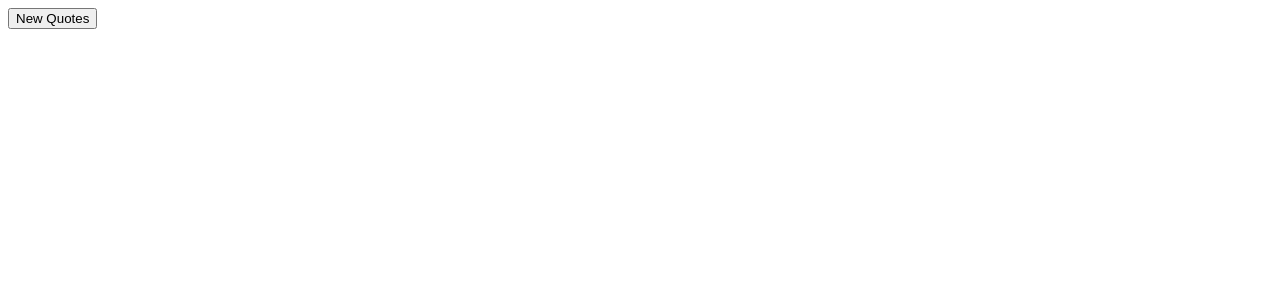
Repository: AalokJadhav/Dynamic_Quotes
Page: index.html
The author's editor kept a copy of each file at every save. The page is drawn from the files as they stood at one save, then again after the next save.
The browser window is 1280 px wide. The pictures show the whole page.
The page's requests for data from a server got no answer.

Above is the page before, as saved 2020-11-05 23:56:51.

After the next save:
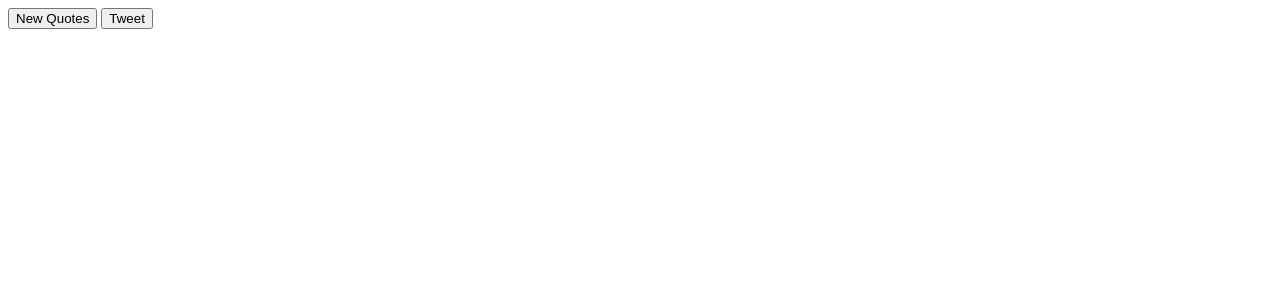
Saved 13 min 39 s later.
--- a/index.html
+++ b/index.html
@@ -13,6 +13,8 @@
     <div id="author"></div>
 
     <button id="newQ">New Quotes</button>
+    <button id="tweetMe">Tweet</button>
+
     <script>
         const quotes = document.getElementById('quotes');
         const author = document.getElementById('author');
@@ -20,6 +22,10 @@
 
         let realData = '';
         let quotesData = '';
+        const tweetNow = () => {
+            let tweetPost = 'https://twitter.com/intent/tweet';
+            window.open(tweetPost);
+        }
         let getNewQuotes = () => {
             let rnum = Math.floor(Math.random() * 20);
             quotesData = realData[rnum];
@@ -42,6 +48,7 @@
             } catch (error) { }
         };
         newQ.addEventListener('click', getNewQuotes);
+        tweetMe.addEventListener('click', tweetNow)
         getQuotes();
     </script>
 </body>
